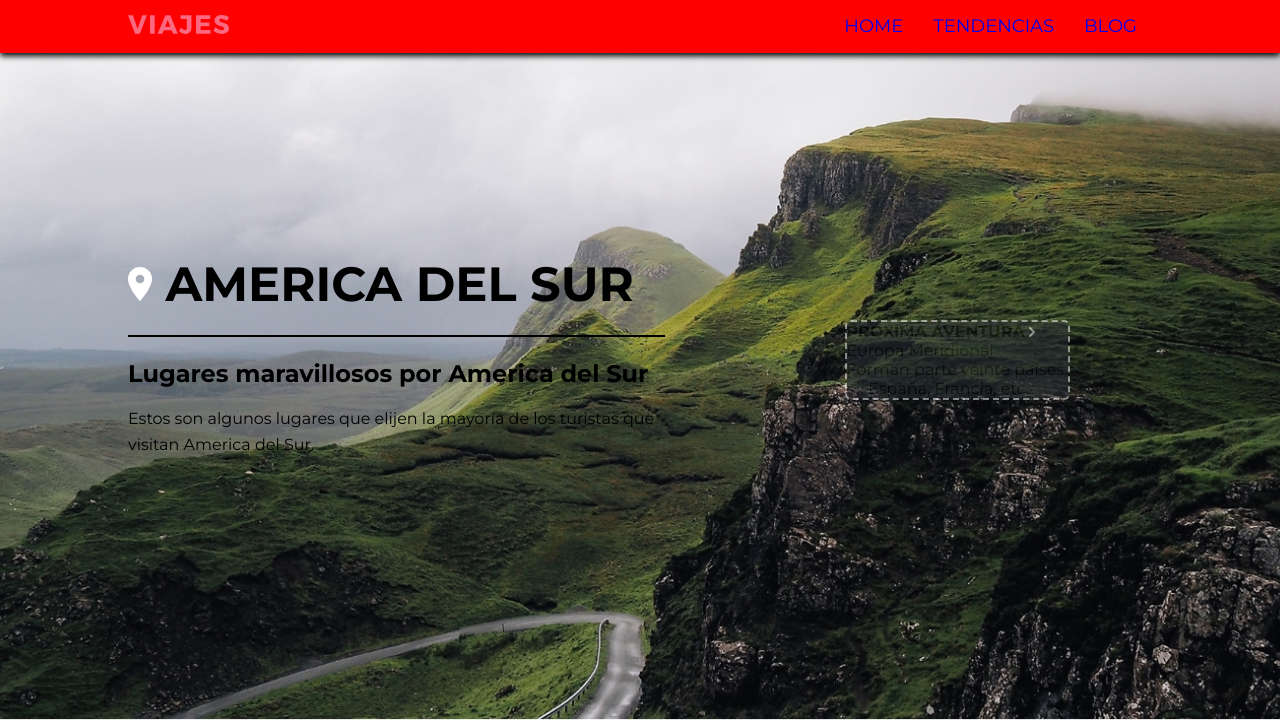
Repository: agustin-mesa/viajes
Page: /
An editor plug-in stored every save of this project. The page is shown before and after the next save, followed by the edit.
The browser window is 1280 px wide. The pictures show the whole page.
The project was rebuilt for these pictures with package versions that can differ from the ones it lists, and the page was loaded fresh each time. Also part of the build but not shown: src/components/styles/colors.module.scss.

Above is the page before, as saved 2021-11-11 19:17:24.

After the next save:
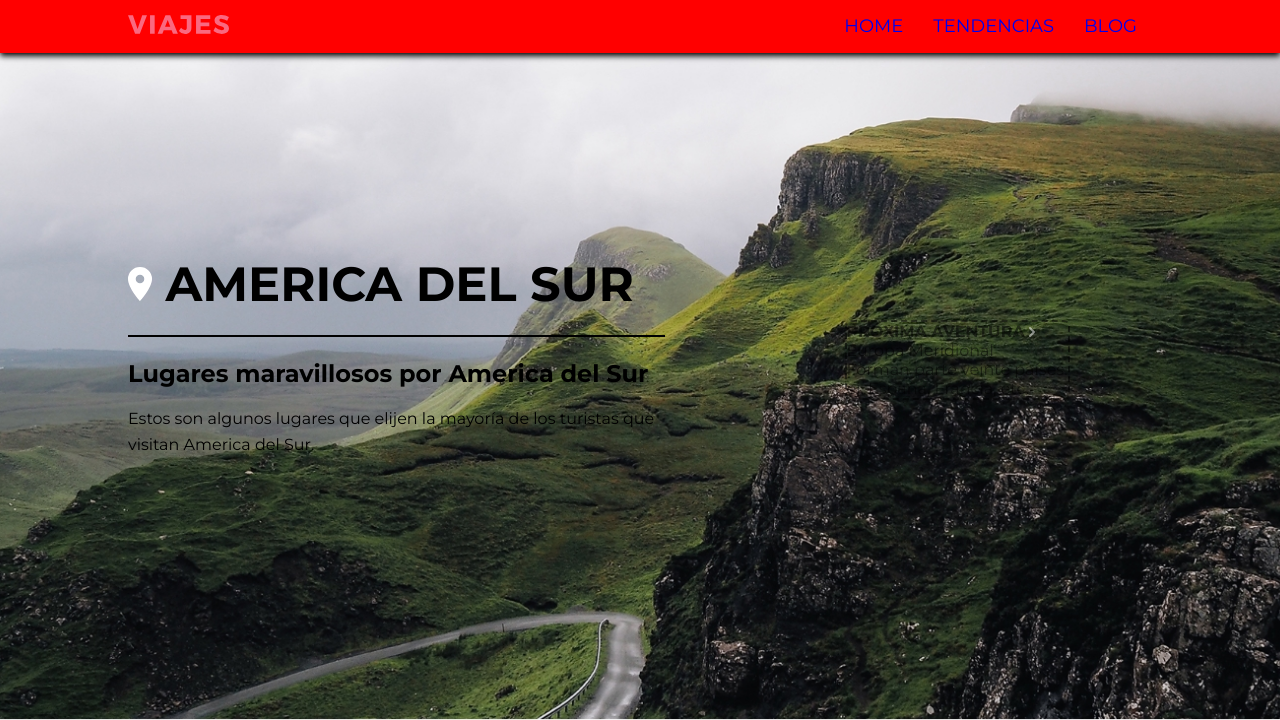
Saved 29 s later.
--- a/src/pages/Home.js
+++ b/src/pages/Home.js
@@ -81,8 +81,8 @@ const HeroWrapper = styled.div`
   }
 
   .hero__info {
-    background: #2a3037 0% 0% no-repeat padding-box;
-    border: 2px dashed #ffffff;
+    background: ${colors.darkblue} 0% 0% no-repeat padding-box;
+    border: 2px dashed ${colors.white};
     border-radius: 6px;
     opacity: 0.5;
   }
